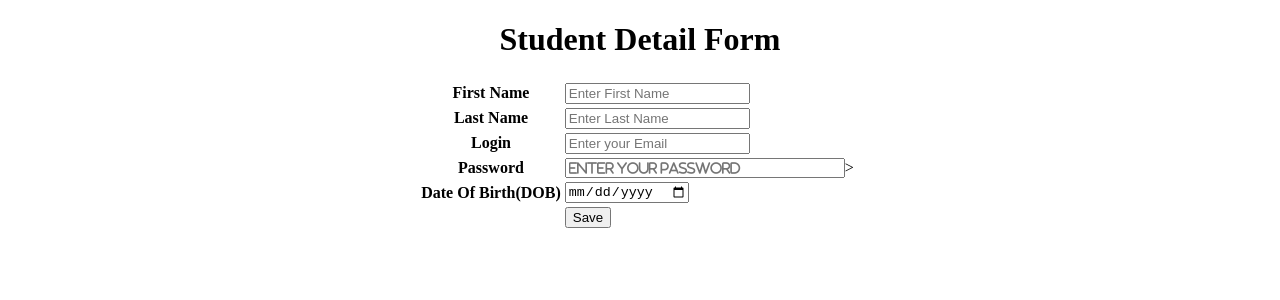
Repository: Abhi070717/Advance-Java
Page: http://localhost/jsp-servlet/UserForm.jsp
An editor plug-in stored every save of this project. The page is shown before and after the next save, followed by the edit.
The browser window is 1280 px wide. The pictures show the whole page.
The page is served by Tomcat 9.

Above is the page before, as saved 2026-01-21 10:29:17.

After the next save:
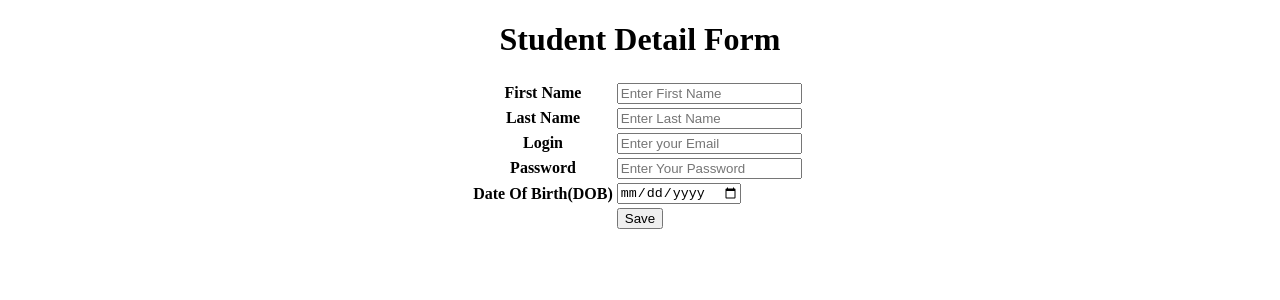
Saved 52 s later.
--- a/Jsp-servlet/jsp-servlet/WebContent/UserForm.jsp
+++ b/Jsp-servlet/jsp-servlet/WebContent/UserForm.jsp
@@ -12,7 +12,7 @@
 }
 </style>
 <link rel="stylesheet"
- href="https://cdnjs.cloudflare.com/ajax/libs/font-awesome/6.5.0/css/all.min.css">
+	href="https://cdnjs.cloudflare.com/ajax/libs/font-awesome/6.5.0/css/all.min.css">
 <script>
 	function togglePassword() {
 		var pwd = document.getElementById("password");
@@ -49,7 +49,7 @@
 				<tr>
 					<th>Password</th>
 					<td><input type="password" id="password" name="password"
-						placeholder="Enter Your Password"<i class="fa fa-eye"></i>> <span class="eye"
+						placeholder="Enter Your Password"> <span class="eye"
 						onclick="togglePassword()"></span></td>
 				</tr>
 
